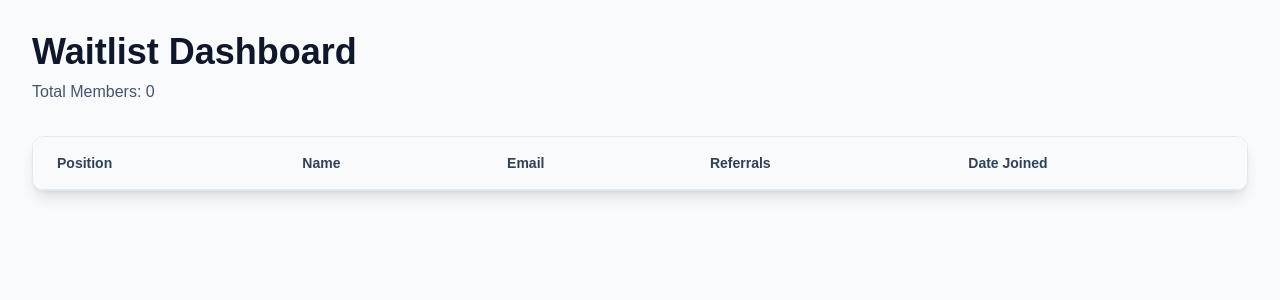
Repository: vikkii2005/asvalue-waitlist
Page: /admin
The author's editor kept a copy of each file at every save. The page is drawn from the files as they stood at one save, then again after the next save.
The browser window is 1280 px wide. The pictures show the whole page.
The page's requests for data from a server got no answer. The project was rebuilt for these pictures with package versions that can differ from the ones it lists, and the page was loaded fresh each time. The framework's server and built-in components were replaced by stand-ins that run in the browser. No one was signed in, and anything a server would have sent is missing. Also part of the build but not shown: next.config.ts.

Above is the page before, as saved 2025-10-31 09:04:36.

After the next save:
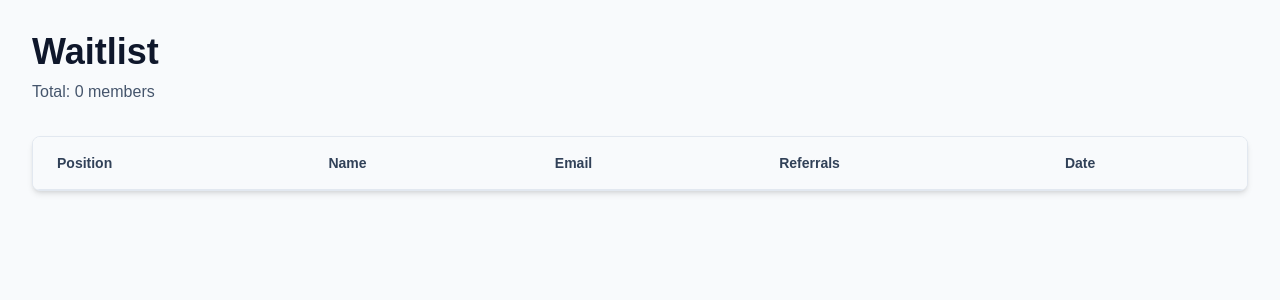
Saved 9 s later.
--- a/app/admin/page.tsx
+++ b/app/admin/page.tsx
@@ -39,7 +39,7 @@
   if (loading) {
     return (
       <div className="min-h-screen flex items-center justify-center">
-        <div className="text-xl">Loading...</div>
+        <div className="text-lg">Loading...</div>
       </div>
     )
   }
@@ -48,11 +48,11 @@
     <div className="p-8 bg-slate-50 min-h-screen">
       <div className="max-w-7xl mx-auto">
         <div className="mb-8">
-          <h1 className="text-4xl font-bold text-slate-900 mb-2">Waitlist Dashboard</h1>
-          <p className="text-slate-600">Total Members: {entries.length}</p>
+          <h1 className="text-4xl font-bold text-slate-900 mb-2">Waitlist</h1>
+          <p className="text-slate-600">Total: {entries.length} members</p>
         </div>
 
-        <div className="bg-white rounded-xl shadow-lg overflow-hidden border border-slate-200">
+        <div className="bg-white rounded-lg shadow-md overflow-hidden border border-slate-200">
           <div className="overflow-x-auto">
             <table className="w-full">
               <thead className="bg-slate-50 border-b border-slate-200">
@@ -61,7 +61,7 @@
                   <th className="px-6 py-4 text-left text-sm font-semibold text-slate-700">Name</th>
                   <th className="px-6 py-4 text-left text-sm font-semibold text-slate-700">Email</th>
                   <th className="px-6 py-4 text-left text-sm font-semibold text-slate-700">Referrals</th>
-                  <th className="px-6 py-4 text-left text-sm font-semibold text-slate-700">Date Joined</th>
+                  <th className="px-6 py-4 text-left text-sm font-semibold text-slate-700">Date</th>
                 </tr>
               </thead>
               <tbody className="divide-y divide-slate-200">
@@ -71,7 +71,7 @@
                     <td className="px-6 py-4 text-sm text-slate-700">{entry.full_name || '-'}</td>
                     <td className="px-6 py-4 text-sm text-slate-700">{entry.email}</td>
                     <td className="px-6 py-4 text-sm">
-                      <span className="inline-flex items-center px-3 py-1 rounded-full bg-indigo-100 text-indigo-700 font-medium">
+                      <span className="inline-flex px-2 py-1 rounded bg-indigo-100 text-indigo-700 text-xs font-medium">
                         {entry.referral_count}
                       </span>
                     </td>
